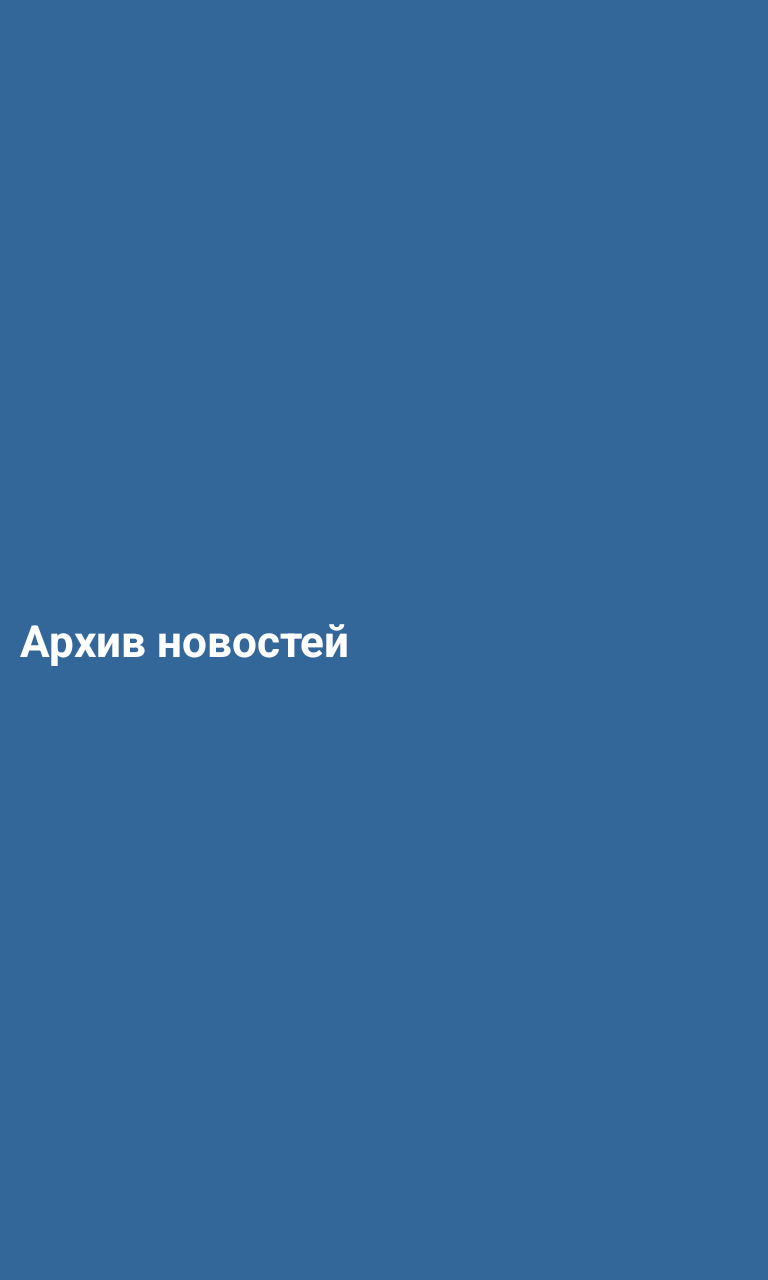
Repository: complexityclass/GosClient
Layout: Client/res/layout/list_header_news_archive.xml
An editor plug-in stored every save of this project. The layout is shown before and after the next save, followed by the edit.
It is drawn on a 768 x 1280 px phone screen (xhdpi) without system bars, with theme AppTheme; the app's code is not run.

Above is the layout before, as saved 2013-04-26 13:28:10.

### Client/res/layout/list_header_news_archive.xml
<?xml version="1.0" encoding="utf-8"?>
<LinearLayout xmlns:android="http://schemas.android.com/apk/res/android"
    android:layout_width="fill_parent"
    android:layout_height="fill_parent"
    android:orientation="horizontal" >


    <TextView
        android:id="@+id/txtHeader"
        android:layout_width="fill_parent"
        android:layout_height="fill_parent"
        android:layout_alignParentBottom="true"
        android:layout_alignParentTop="true"
        android:background="#336699"
        android:gravity="center_vertical"
        android:padding="10dp"
        android:text="@string/news_archive_ru"
        android:textColor="#FFFFFF"
        android:textSize="22dp"
        android:textStyle="bold" />

</LinearLayout>

### Client/res/values/strings.xml
<?xml version="1.0" encoding="utf-8"?>
<resources>

    <string name="app_name">Client</string>
    <string name="hello_world">Hello world!</string>
    <string name="menu_settings">Settings</string>
    <string name="title_activity_main">MainActivity</string>
    <string name="title_activity_about_us">About us</string>
    <string name="title_activity_news">News</string>
    <string name="title_activity_citizen_reg">Citizens</string>
    <string name="title_activity_agencies">Agencies</string>
    <string name="title_activity_areas_of">Areas</string>
    <string name="agencies_ru">Ведомства</string>
    <string name="about_project_ru">О проекте</string>
    <string name="areas_of_ru">Направления деятельности</string>
    <string name="news_ru">Новости</string>
    <string name="organizations_ru">Организациям</string>
    <string name="electronic_services_ru">Электронные услуги</string>
    <string name="life_situations_ru">Жизненные ситуации</string>
    <string name="information_ru">Информация</string>
    <string name="visitor_statistics_ru">Статистика посещений</string>
    <string name="search_news_ru">Поиск по новостям</string>
    <string name="citizens_ru">Гражданам</string>
    <string name="spots_treatment_ru">Места обращения</string>
    <string name="useful_links_ru">Полезные ссылки</string>
    <string name="universal_card_ru">Развитие универсальной электронной карты</string>
    <string name="faq_ru">Часто задаваемые вопросы</string>
    <string name="title_activity_test">TestActivity</string>
    <string name="title_activity_web_view">WebViewActivity</string>
    <string name="title_section3">Section 3</string>
    <string name="title_section2">Section 2</string>
    <string name="title_section1">Section 1</string>
    <string name="title_activity_swipe">SwipeActivity</string>
    <string name="title_activity_life_situations">LifeSituationsActivity</string>
    <string name="action_settings">Settings</string>
    <string name="label1">Tab 1</string>
    <string name="label2">Tab 2</string>
    <string name="label3">Tab 3</string>
    <string name="federational">Федеральные</string>
    <string name="munitipal">Муниципальные</string>
    <string name="regional">Региональные</string>
    <string name="title_activity_expandable_list_view_test">ExpandableListViewTest</string>
    <string name="title_activity_expandable_list">ExpandableListActivity</string>
    <string name="Habarovsk_Servise">Хабаровск Услуги</string>
    <string name="Habarovsk">Habarovsk</string>
    <string name="title_activity_service">ServiceActivity</string>
    <string name="title_activity_news_archive">NewsArchiveActivity</string>
    <string name="title_activity_rostelecom_login">RostelecomLoginActivity</string>
    <string name="news_archive_ru">Архив новостей</string>

</resources>

Loaded but not shown: Client/res/values-v11/styles.xml (common file); Client/res/values-v14/styles.xml (common file); Client/res/values/styles.xml (common file)

After the next save:
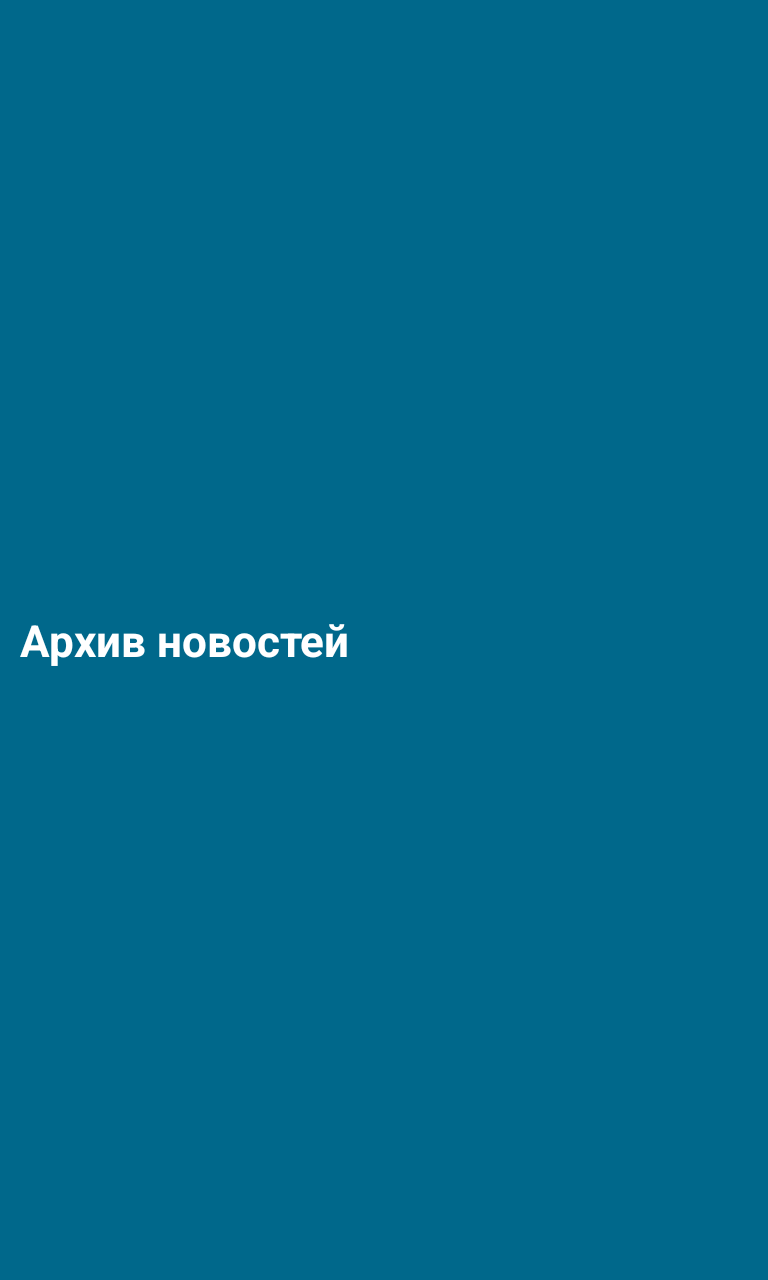
Saved 3 min 27 s later.
--- a/Client/res/layout/list_header_news_archive.xml
+++ b/Client/res/layout/list_header_news_archive.xml
@@ -11,7 +11,7 @@
         android:layout_height="fill_parent"
         android:layout_alignParentBottom="true"
         android:layout_alignParentTop="true"
-        android:background="#336699"
+        android:background="#00688B"
         android:gravity="center_vertical"
         android:padding="10dp"
         android:text="@string/news_archive_ru"
